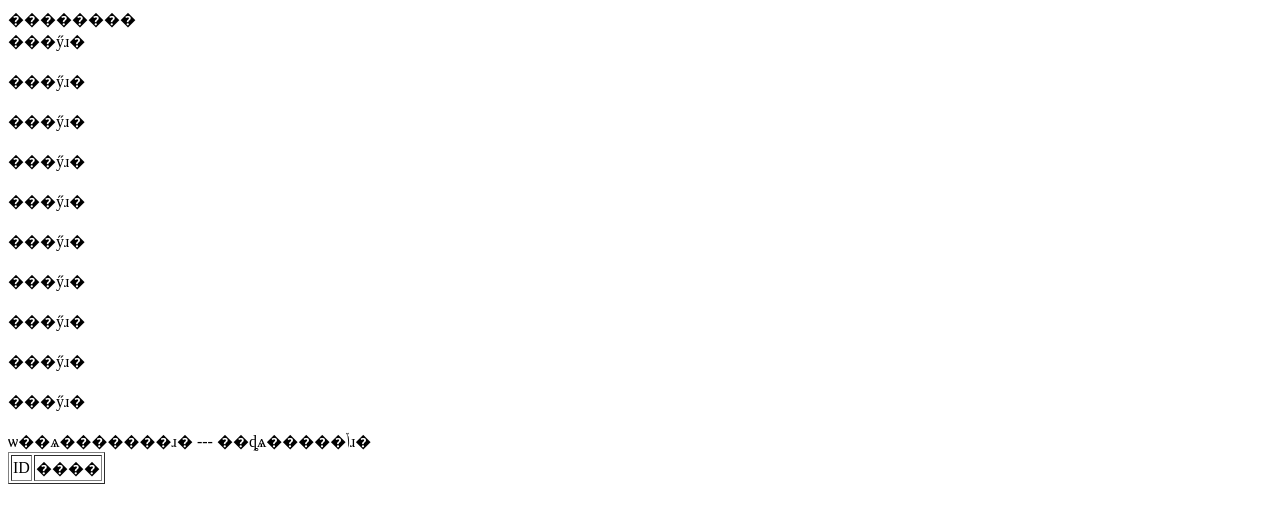
Repository: ZxxWs/P_M_learn
Page: http://localhost/
These files come from the project's save history. The page is drawn as it stood at one moment and after the next save; the edit follows.
The browser window is 1280 px wide. The pictures show the whole page.
The page is run by PHP 8.4 with error messages shown; the project is at /var/www/html/. Queries for data that is not in the repository find no rows.

Above is the page before, as saved 2019-03-20 09:57:50.

After the next save:
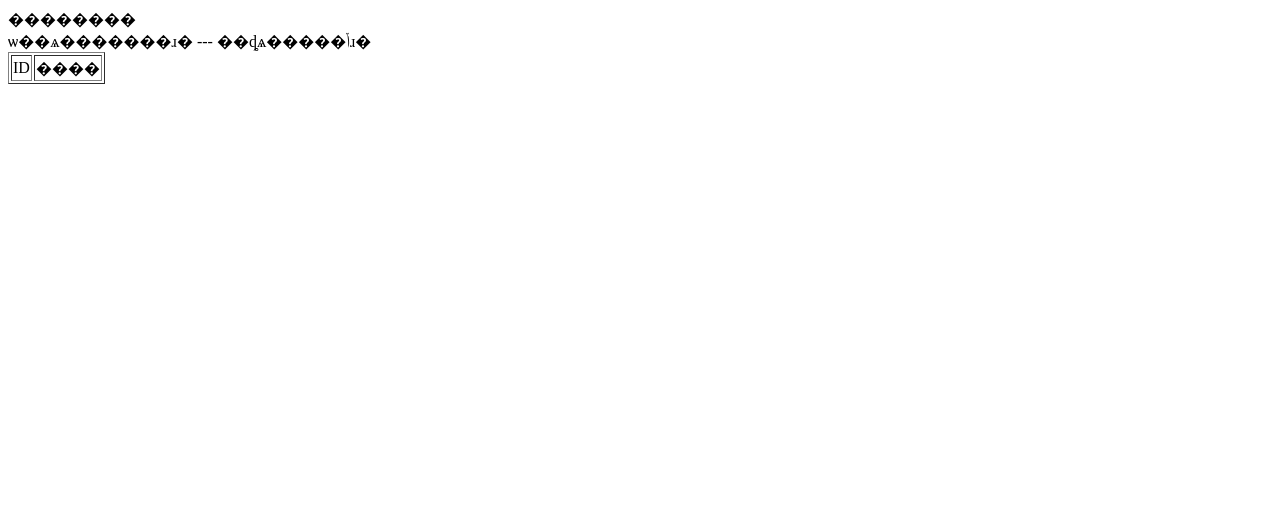
Saved 28 s later.
--- a/MySQL2/index.php
+++ b/MySQL2/index.php
@@ -9,7 +9,7 @@ if($con)
     echo "连接正常<br/>";
 
 
-add();
+//add();            //数据添加函数
 function add(){
 global $conn;
 $addid=00010;
